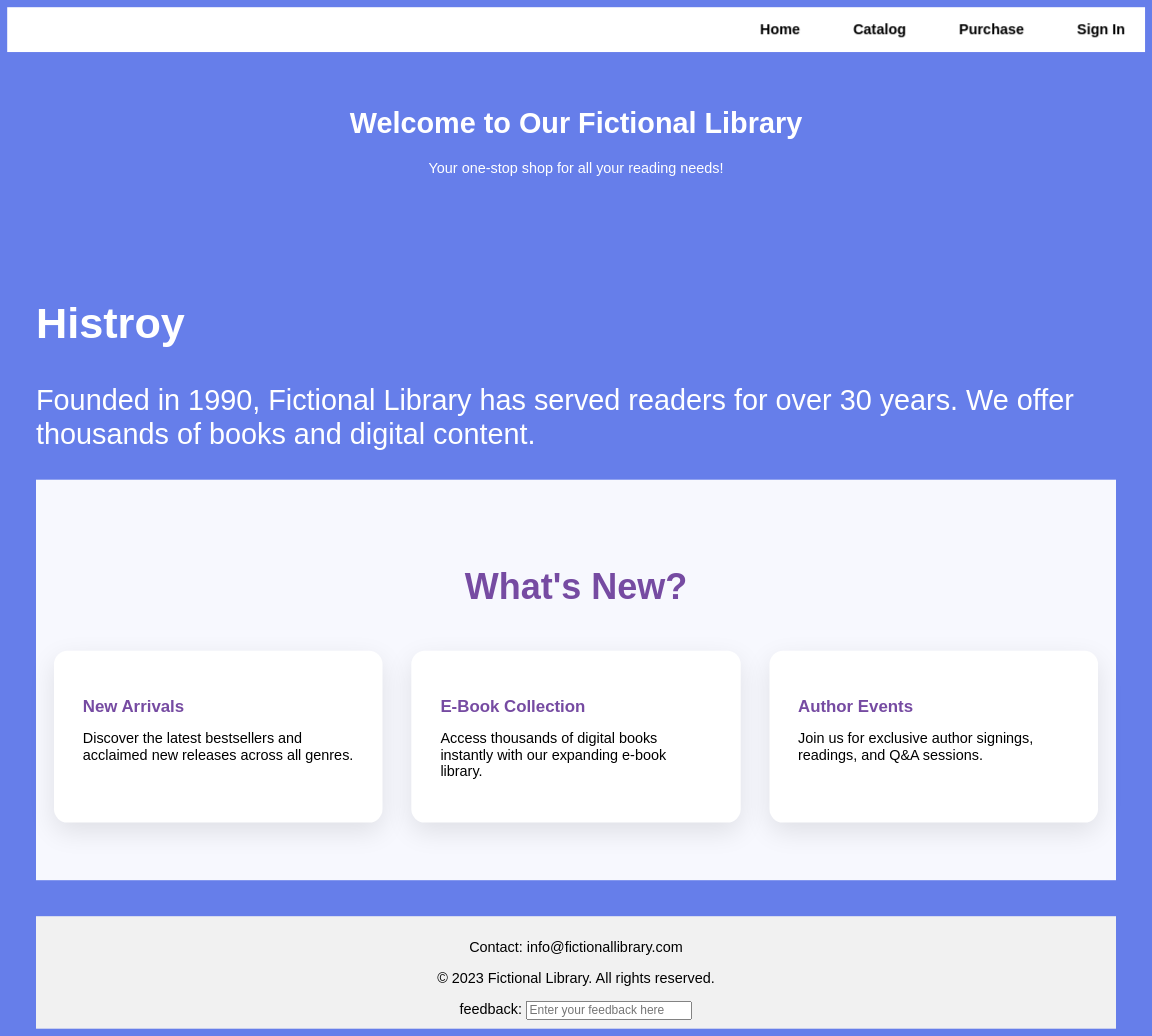
Repository: Ibrahim-Abohola/BookStore
Page: Homepage.html
The author's editor kept a copy of each file at every save. The page is drawn from the files as they stood at one save, then again after a run of saves.
The browser window is 1280 px wide. The pictures show the whole page, at 90% of full size.

Above is the page before, as saved 2025-07-16 01:03:32.
Not found: images/banner.jpg

After the next 2 saves:
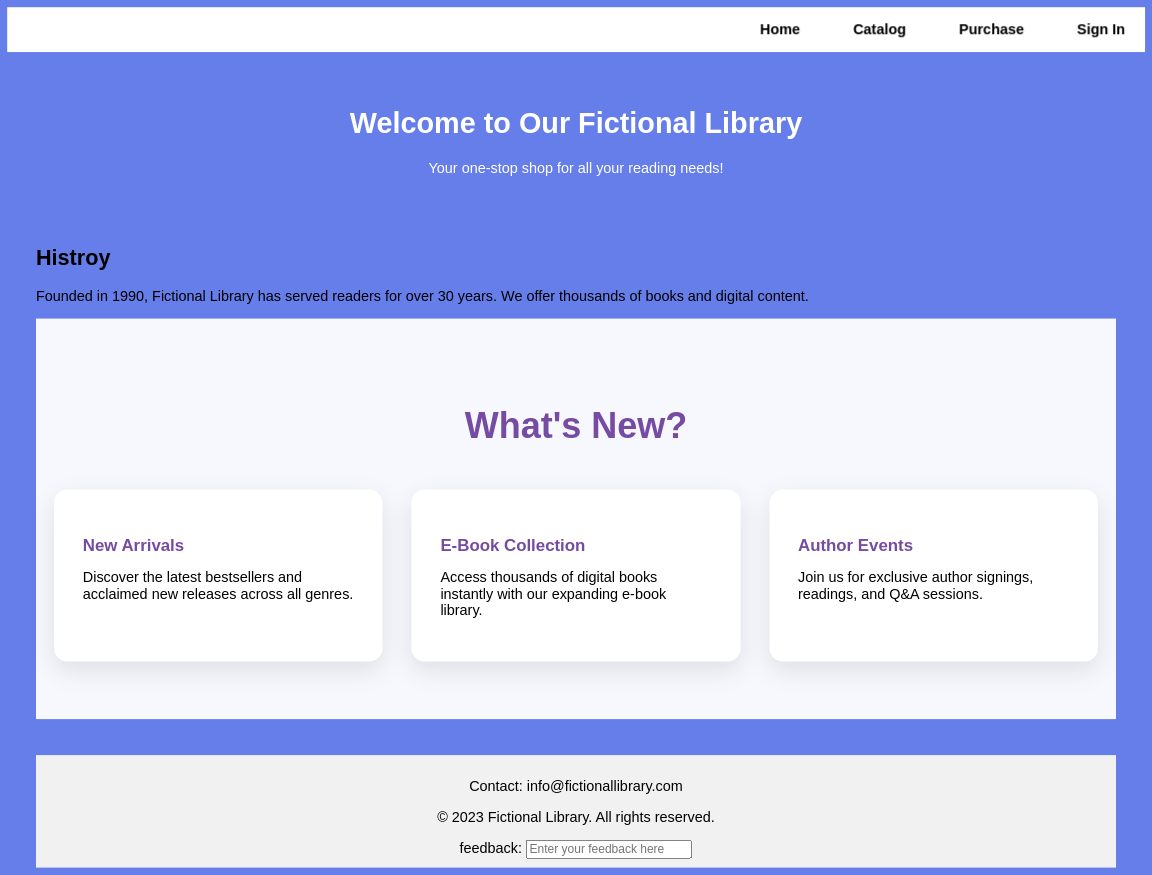
The 2 saves are shown as one change because they came seconds apart.
The last was saved 15 s later.
--- a/styles.css
+++ b/styles.css
@@ -9,12 +9,6 @@
     padding: 0 20px;
 }
 
-.intro {
-    color: white;
-    font-size: 2rem;
-    margin-bottom: 1rem;
-    margin-top: 80px;
-}
 nav {
     background: rgba(255, 255, 255, 0.95);
     backdrop-filter: blur(10px);

After the save that followed:
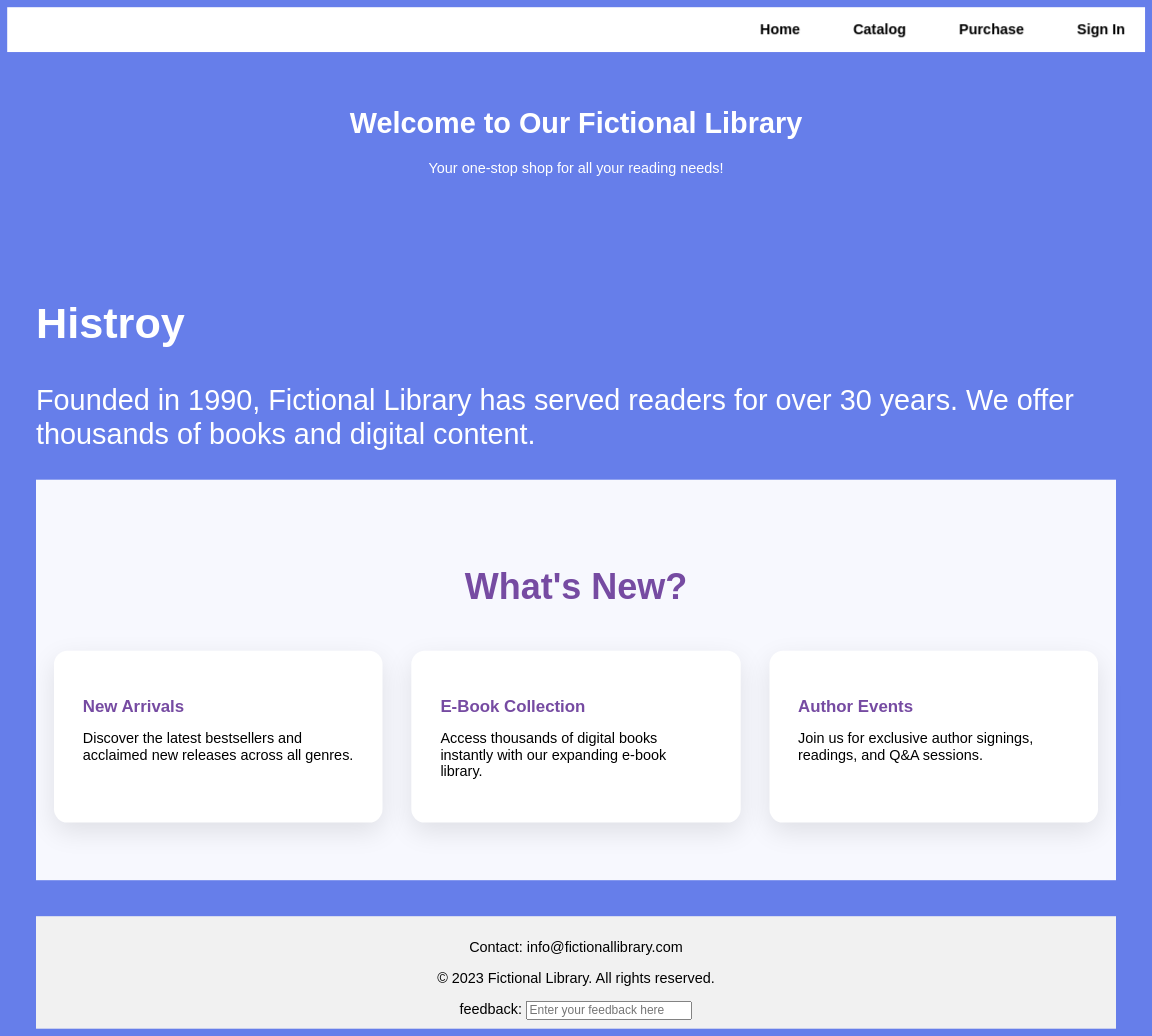
Saved 4 s later.
--- a/styles.css
+++ b/styles.css
@@ -68,6 +68,12 @@
     padding: 40px;
     text-align: center;
 }
+.intro {
+    color: white;
+    font-size: 2rem;
+    margin-bottom: 1rem;
+    margin-top: 80px;
+}
 
 .highlights {
     padding: 4rem 0;
